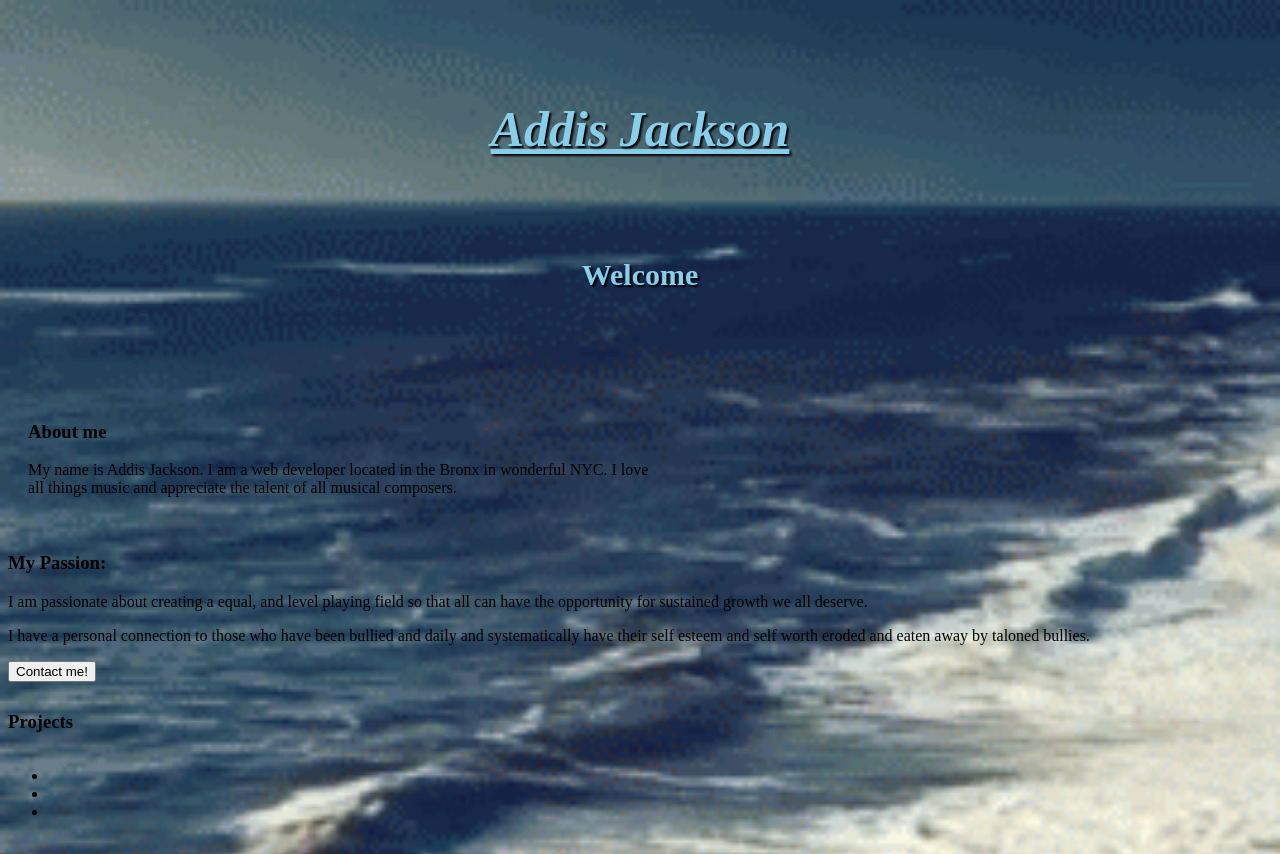
Repository: 10-2-pursuit/lab-design-assets
Page: index.html
The author's editor kept a copy of each file at every save. The page is drawn from the files as they stood at one save, then again after the next save.
The browser window is 1280 px wide. The pictures show the part of the page from y = 0 to 854 px (the page is 1865 px tall before and 1802 px after).
A picture or video elsewhere on the page could not be fetched, so the positions and the page height are approximate.

Above is the page before, as saved 2023-07-16 04:50:16.

After the next save:
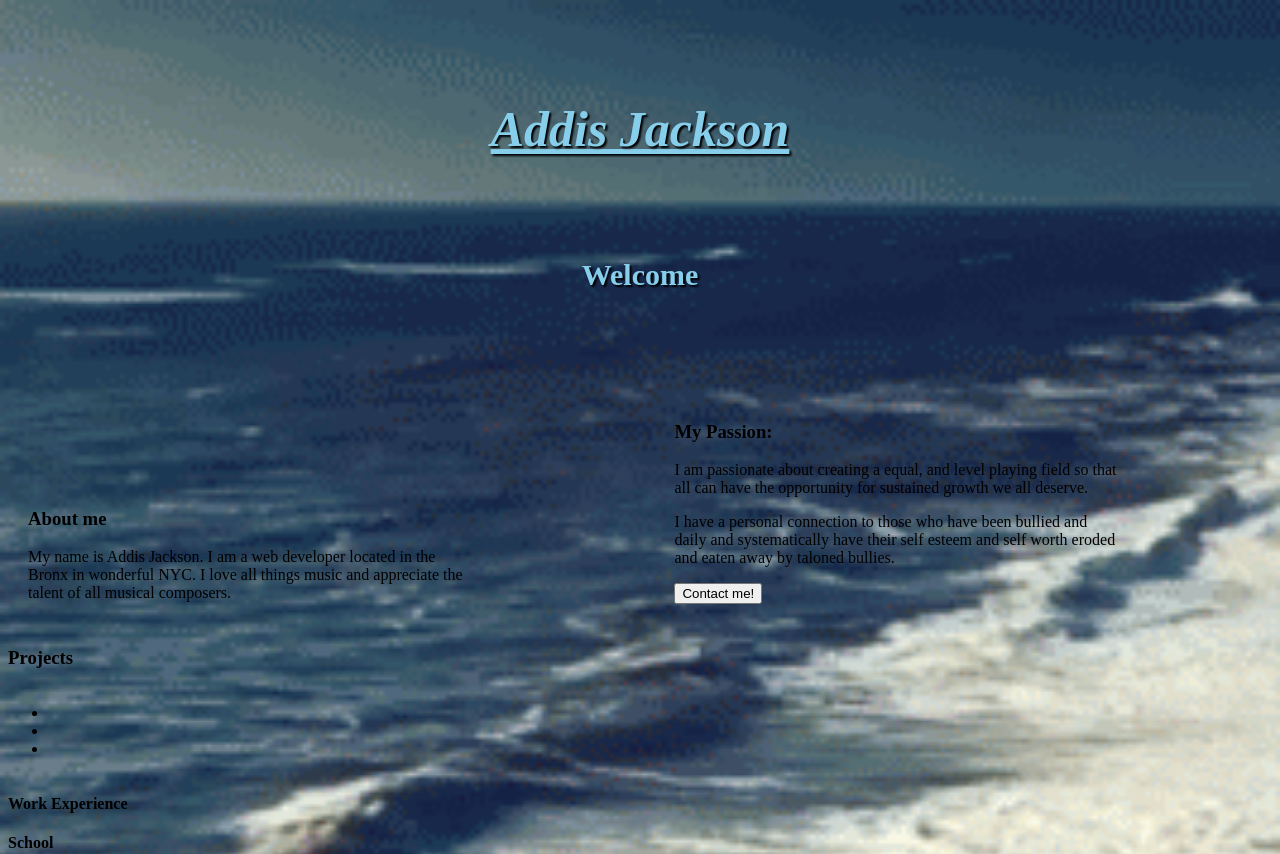
Saved 87 s later.
--- a/style.css
+++ b/style.css
@@ -38,7 +38,7 @@ article {
     margin-bottom: 10px;
     margin-left: 20px;
     margin-right: 200px;
-    width: 50%
+    width: 35%
 }
 
 .about p {
@@ -54,4 +54,5 @@ article {
     margin-top: 10px;
     margin-bottom: 10px;
     margin-right: 20px;
+    width: 35%
 }
